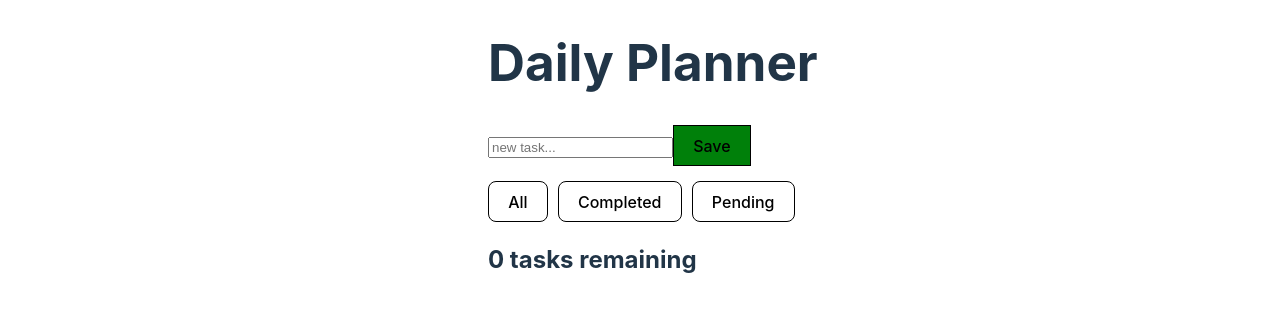
Repository: leslie179/labfour
Page: / (app in labfour/)
The author's editor kept a copy of each file at every save. The page is drawn from the files as they stood at one save, then again after the next save.
The browser window is 1280 px wide. The pictures show the whole page.
The project was rebuilt for these pictures with package versions that can differ from the ones it lists, and the page was loaded fresh each time. Also part of the build but not shown: labfour/vite.config.js, labfour/src/components/Task.jsx.

Above is the page before, as saved 2024-10-27 19:52:03.

After the next save:
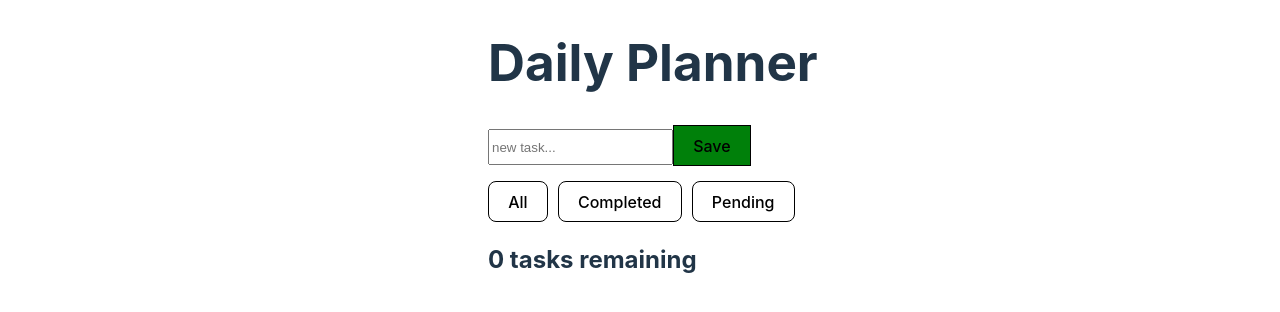
Saved 38 s later.
--- a/labfour/src/App.css
+++ b/labfour/src/App.css
@@ -12,6 +12,10 @@
   background-color: #00800a;
   border: 1px solid black;
   border-radius: 0px;
+}
+
+.input{
+  height:30px;
 }
 
 .task-font {
